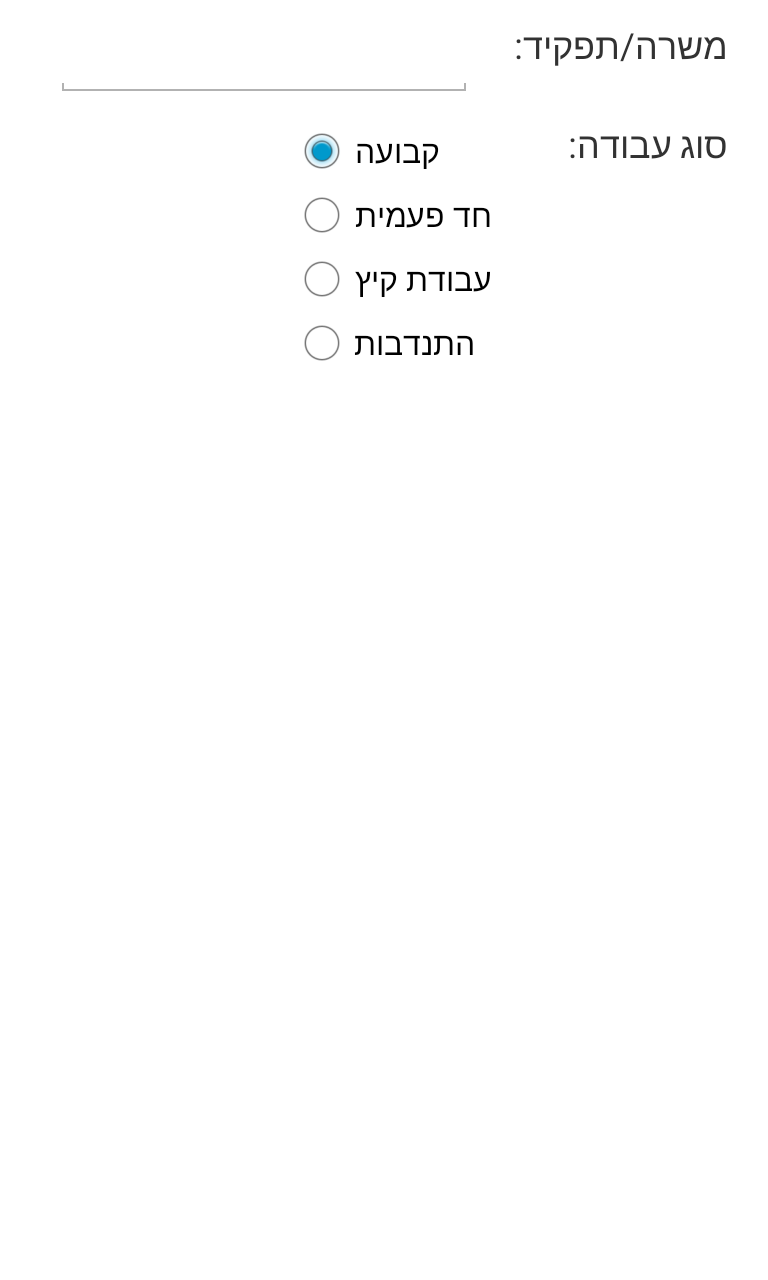
Repository: rodi055/jobli
Layout: Jobli/res/layout/fragment_create_job.xml
An editor plug-in stored every save of this project. The layout is shown before and after the next save, followed by the edit.
It is drawn on a 768 x 1280 px phone screen (xhdpi) without system bars, with theme AppTheme; the app's code is not run. The app's manifest (not shown) leaves right-to-left support off. So textAlignment, textDirection and layoutDirection are ignored, and left and right values win over start and end ones.

Above is the layout before, as saved 2015-01-02 15:13:37.

### Jobli/res/layout/fragment_create_job.xml
<?xml version="1.0" encoding="utf-8"?>
<LinearLayout xmlns:android="http://schemas.android.com/apk/res/android"
    android:layout_width="match_parent"
    android:layout_height="match_parent"
    android:orientation="vertical" >

    <ScrollView
        android:layout_width="match_parent"
        android:layout_height="wrap_content" >

        <LinearLayout
            android:layout_width="match_parent"
            android:layout_height="match_parent"
            android:orientation="vertical" >

            <RelativeLayout
                android:layout_width="wrap_content"
                android:layout_height="wrap_content"
                android:layout_marginTop="10dp" >

                <TextView
                    android:id="@+id/textView1"
                    android:layout_width="wrap_content"
                    android:layout_height="wrap_content"
                    android:layout_alignParentRight="true"
                    android:layout_alignParentTop="true"
                    android:layout_marginEnd="20dp"
                    android:layout_marginRight="20dp"
                    android:text="משרה/תפקיד:"
                    android:textSize="18sp" />

                <EditText
                    android:id="@+id/editText1"
                    android:layout_width="wrap_content"
                    android:layout_height="wrap_content"
                    android:layout_alignTop="@+id/textView1"
                    android:layout_marginEnd="20dp"
                    android:layout_marginRight="20dp"
                    android:maxLines="1"
                    android:layout_toLeftOf="@+id/textView1"
                    android:ems="10" />
            </RelativeLayout>

            <RelativeLayout
                android:layout_width="wrap_content"
                android:layout_height="wrap_content"
                android:layout_marginTop="10dp" >

                <TextView
                    android:id="@+id/textView2"
                    android:layout_width="wrap_content"
                    android:layout_height="wrap_content"
                    android:layout_alignParentRight="true"
                    android:layout_alignParentTop="true"
                    android:layout_marginEnd="20dp"
                    android:layout_marginRight="20dp"
                    android:text="סוג עבודה:"
                    android:textSize="18sp" />

                <RadioGroup
                    android:id="@+id/radioGroup1"
                    android:layout_width="wrap_content"
                    android:layout_height="wrap_content"
                    android:layout_alignParentTop="true"
                    android:layout_marginRight="38dp"
                    android:layout_toLeftOf="@+id/textView2" >

                    <RadioButton
                        android:id="@+id/radio0"
                        android:layout_width="wrap_content"
                        android:layout_height="wrap_content"
                        android:checked="true"
                        android:text="קבועה" />

                    <RadioButton
                        android:id="@+id/radio1"
                        android:layout_width="wrap_content"
                        android:layout_height="wrap_content"
                        android:text="חד פעמית" />

                    <RadioButton
                        android:id="@+id/radio2"
                        android:layout_width="wrap_content"
                        android:layout_height="wrap_content"
                        android:text="עבודת קיץ" />

                     <RadioButton
                        android:id="@+id/radio3"
                        android:layout_width="wrap_content"
                        android:layout_height="wrap_content"
                        android:text="התנדבות" />
                </RadioGroup>

            </RelativeLayout>
        </LinearLayout>
    </ScrollView>

</LinearLayout>

Loaded but not shown: Jobli/res/values/styles.xml (common file); Jobli/res/values-v11/styles.xml (common file); Jobli/res/values-v14/styles.xml (common file)

After the next save:
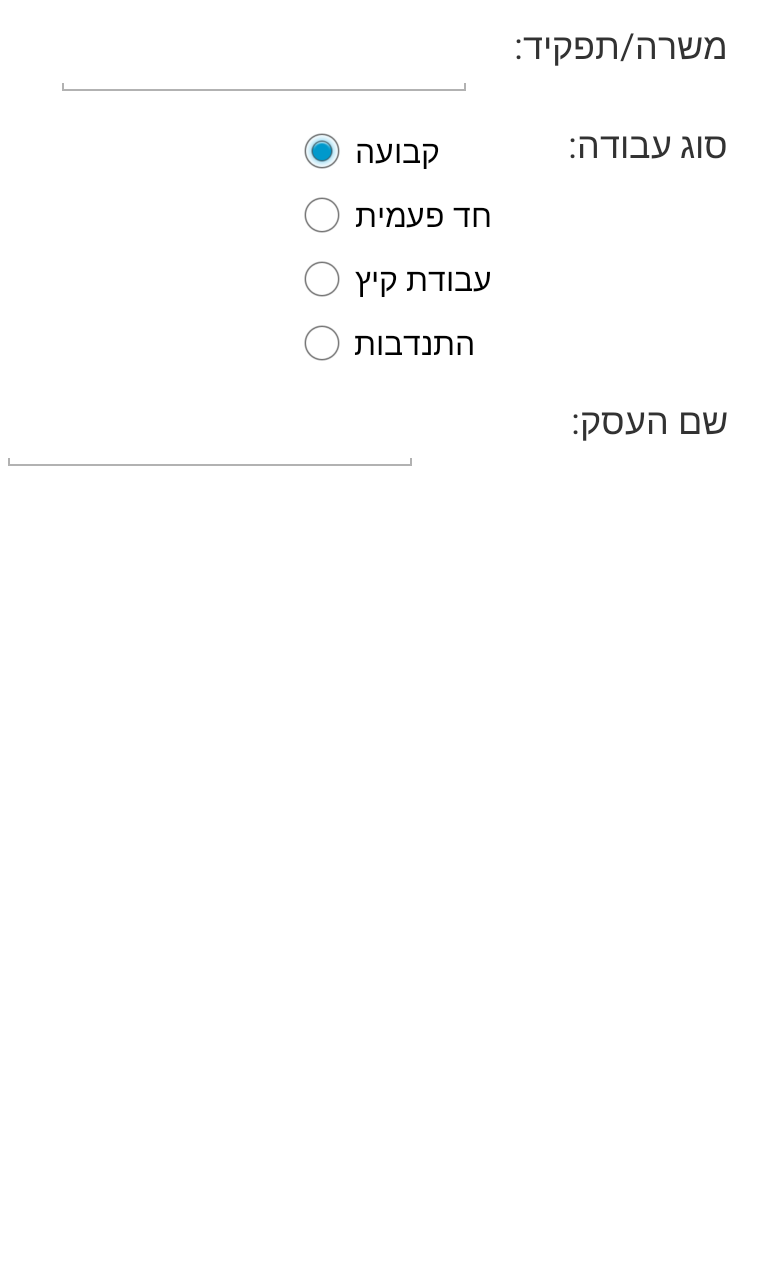
Saved 2 min 55 s later.
--- a/Jobli/res/layout/fragment_create_job.xml
+++ b/Jobli/res/layout/fragment_create_job.xml
@@ -36,9 +36,9 @@
                     android:layout_alignTop="@+id/textView1"
                     android:layout_marginEnd="20dp"
                     android:layout_marginRight="20dp"
-                    android:maxLines="1"
                     android:layout_toLeftOf="@+id/textView1"
-                    android:ems="10" />
+                    android:ems="10"
+                    android:maxLines="1" />
             </RelativeLayout>
 
             <RelativeLayout
@@ -84,13 +84,40 @@
                         android:layout_height="wrap_content"
                         android:text="עבודת קיץ" />
 
-                     <RadioButton
+                    <RadioButton
                         android:id="@+id/radio3"
                         android:layout_width="wrap_content"
                         android:layout_height="wrap_content"
                         android:text="התנדבות" />
                 </RadioGroup>
+            </RelativeLayout>
 
+            <RelativeLayout
+                android:layout_width="wrap_content"
+                android:layout_height="wrap_content"
+                android:layout_marginTop="10dp" >
+
+                <TextView
+                    android:id="@+id/textView3"
+                    android:layout_width="wrap_content"
+                    android:layout_height="wrap_content"
+                    android:layout_alignParentRight="true"
+                    android:layout_alignParentTop="true"
+                    android:layout_marginEnd="20dp"
+                    android:layout_marginRight="20dp"
+                    android:text="שם העסק:"
+                    android:textSize="18sp" />
+
+                <EditText
+                    android:id="@+id/editText3"
+                    android:layout_width="wrap_content"
+                    android:layout_height="wrap_content"
+                    android:layout_alignTop="@+id/textView1"
+                    android:layout_marginEnd="20dp"
+                    android:layout_marginRight="20dp"
+                    android:layout_toLeftOf="@+id/textView1"
+                    android:ems="10"
+                    android:maxLines="1" />
             </RelativeLayout>
         </LinearLayout>
     </ScrollView>
